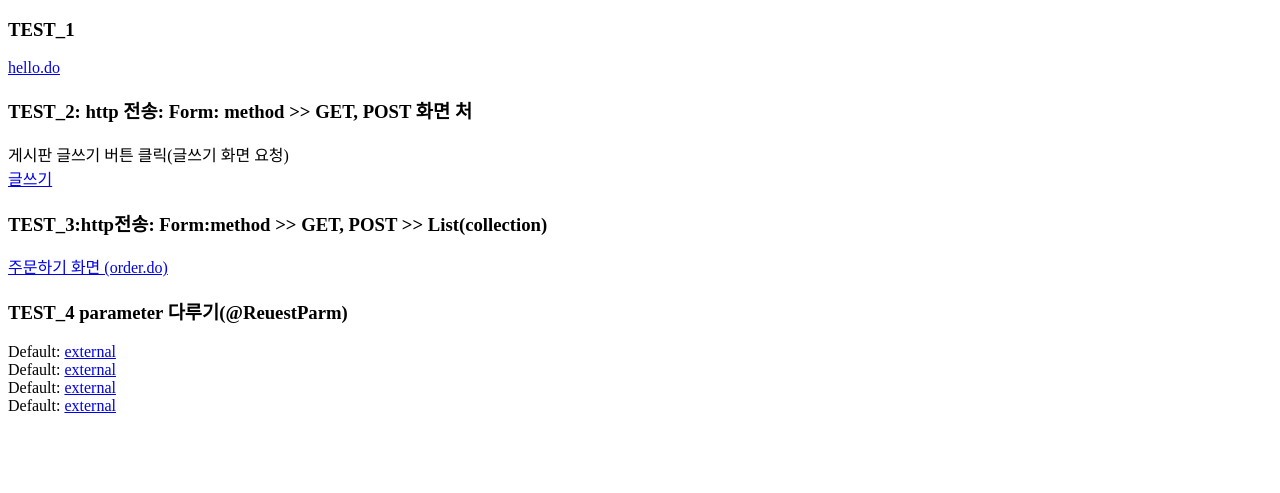
Repository: Ahn-Seung-ju/SpringLab
Page: SpringMVC_Basic03_Annotation/src/main/webapp/main.html
These files come from the project's save history. The page is drawn as it stood at one moment and after the next save; the edit follows.
The browser window is 1280 px wide. The pictures show the whole page.

Above is the page before, as saved 2021-05-06 03:31:45.

After the next save:
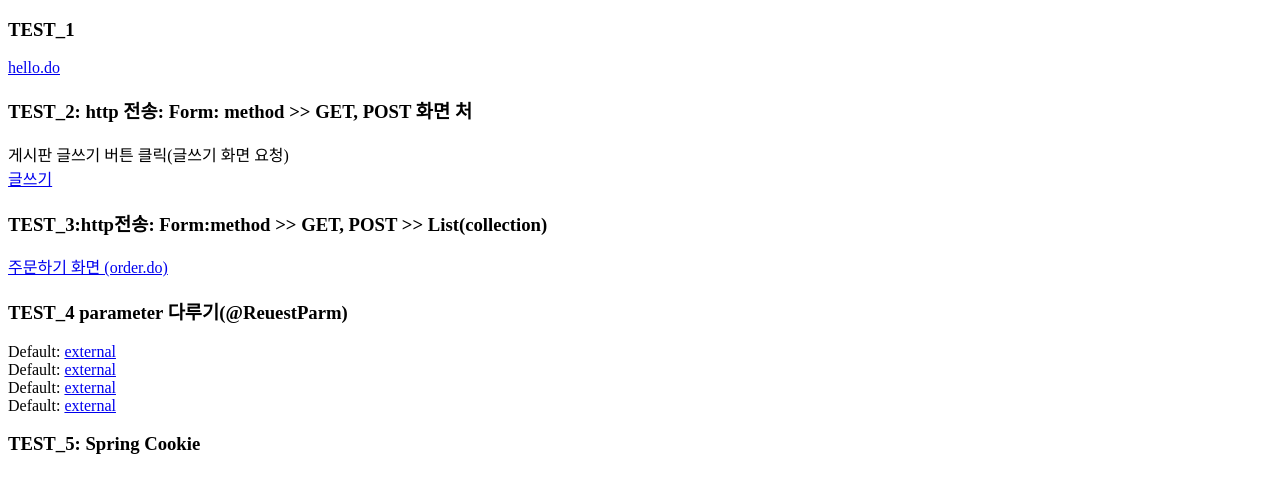
Saved 7 min 46 s later.
--- a/SpringMVC_Basic03_Annotation/src/main/webapp/main.html
+++ b/SpringMVC_Basic03_Annotation/src/main/webapp/main.html
@@ -20,5 +20,7 @@
 	Default: <a href = "search/external.do?p">external</a><br>
 	Default: <a href = "search/external.do?query=100">external</a><br>
 	Default: <a href = "search/external.do?p=200">external</a><br>
+
+	<h3>TEST_5: Spring Cookie</h3>
 </body>
 </html>
